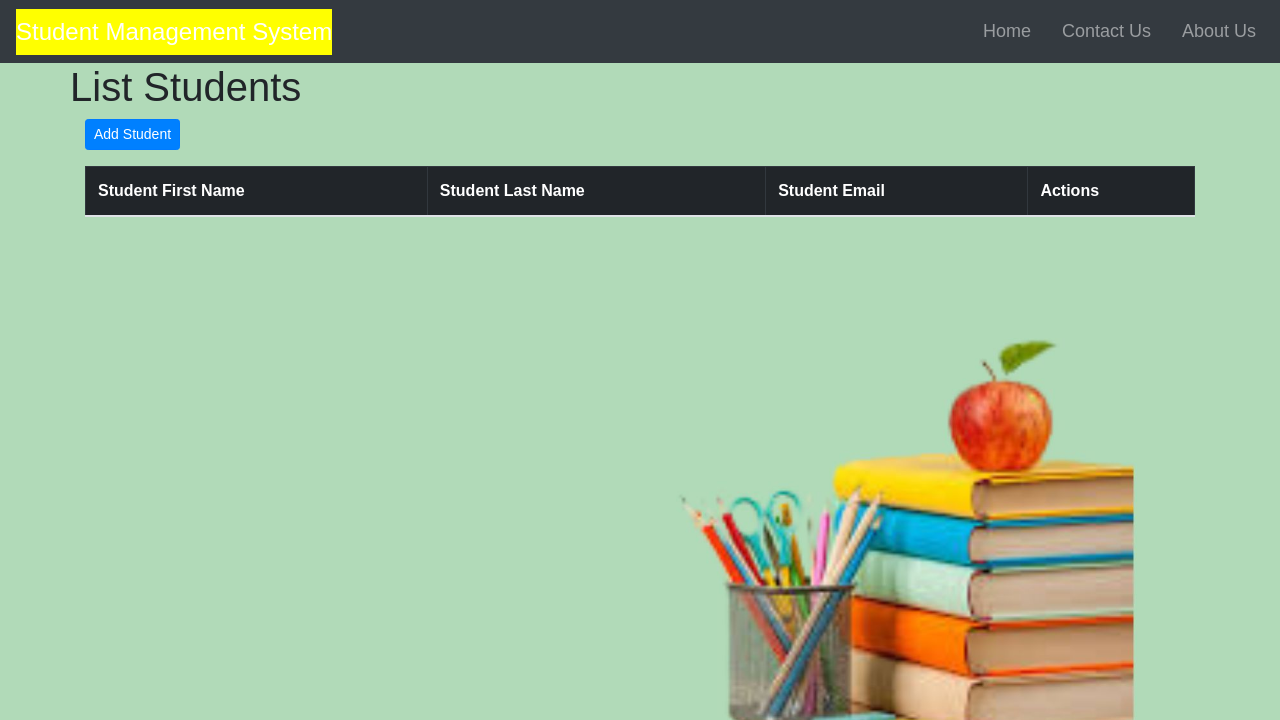
Repository: marthamutsvandiani/student_management_system
Page: http://localhost/Students
These files come from the project's save history. The page is drawn as it stood at one moment and after the next save; the edit follows.
The browser window is 1280 px wide. The pictures show the whole page.
The page is this project's Thymeleaf template; nobody is signed in. The template is opened directly, without the code that normally fills it, so the values that code supplies are empty.

Above is the page before, as saved 2024-11-01 15:02:40.

After the next save:
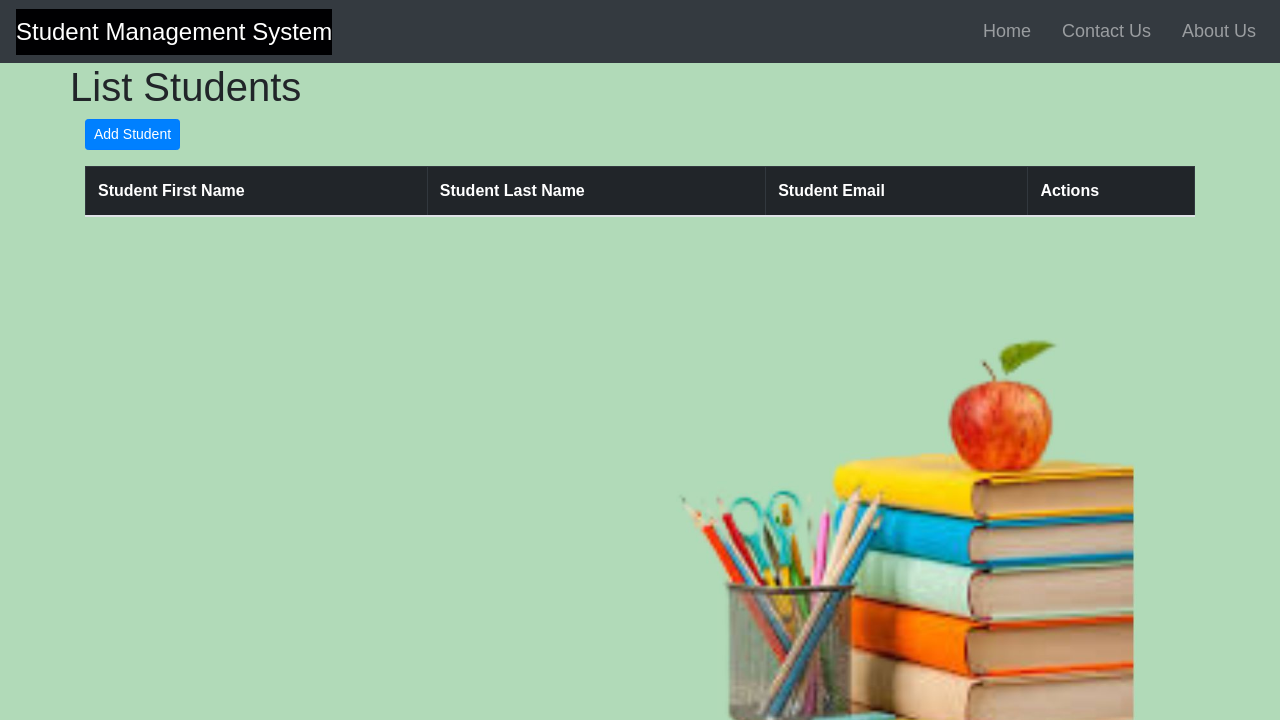
Saved 51 s later.
--- a/studentmanagementsystem/src/main/resources/static/css/styles.css
+++ b/studentmanagementsystem/src/main/resources/static/css/styles.css
@@ -55,7 +55,7 @@ body {
 
 .navbar-brand {
     font-size: 24px; /* Increases the brand font size */
-	background-color:rgb(255, 255, 0);
+	background-color:rgb(0, 0, 2);
 }
 
 
